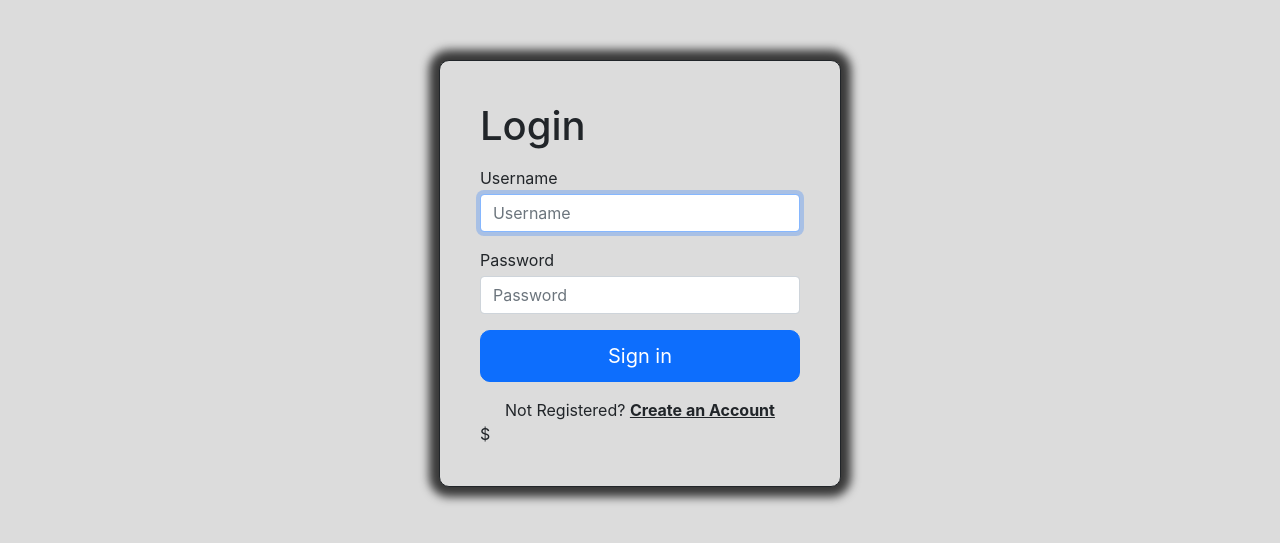
Repository: Rittaki/web-client
Page: /
The author's editor kept a copy of each file at every save. The page is drawn from the files as they stood at one save, then again after the next save.
The browser window is 1280 px wide. The pictures show the whole page.
The project was rebuilt for these pictures with package versions that can differ from the ones it lists, and the page was loaded fresh each time. Also part of the build but not shown: src/App.css, src/components/Signup.js.

Above is the page before, as saved 2022-04-05 00:15:21.

### public/index.html
<!DOCTYPE html>
<html>
    <head>
        <!-- Required meta tags -->
        <meta charset="utf-8">
        <meta name="viewport" content="width=device-width, initial-scale=1">

        <!-- Bootstrap CSS -->
        <link href="https://cdn.jsdelivr.net/npm/bootstrap@5.1.3/dist/css/bootstrap.min.css"
        rel="stylesheet" integrity="sha384-1BmE4kWBq78iYhFldvKuhfTAU6auU8tT94WrHftjDbrCEXSU1oBoqyl2QvZ6jIW3"
        crossorigin="anonymous">

        <title>Login page</title>
    </head>
    <body>
        <div id="root"></div>
        <script src="https://cdn.jsdelivr.net/npm/bootstrap@5.1.3/dist/js/bootstrap.bundle.min.js"
            integrity="sha384-ka7Sk0Gln4gmtz2MlQnikT1wXgYsOg+OMhuP+IlRH9sENBO0LRn5q+8nbTov4+1p"
            crossorigin="anonymous"></script>
    </body>
</html>

### src/index.js
import React from 'react';
import ReactDOM from 'react-dom';
import './index.css';
import App from './App';

ReactDOM.render(
    <React.StrictMode>
        <App />
    </React.StrictMode>,
  document.getElementById('root')
);

### src/App.js
import './App.css';
import Login from './components/Login';
import Signup from './components/Signup';
import { BrowserRouter, Routes, Route } from 'react-router-dom';


function App() {
    return (
        <div>
            <BrowserRouter>
                <Routes>
                    <Route path='/Signup' element={<Signup/>}></Route>
                    <Route path='/' element={<Login/>}></Route>
                </Routes>
            </BrowserRouter>
        </div>
    );
}

export default App;

### src/components/Login.js
import './Login.css';
import { useState, useEffect } from 'react';
import Users from './Users';

function Login() {
const [userName , setUserName] =useState("")
const [password , setPassword] =useState("")
const[isSubmit, setIsSubmit] = useState(false);


    const sunbmitFun = (e) => {
        e.preventDefault();
        setIsSubmit(true);
    }

    return (
        <div className="container-fluid">
            <div className="row">
                <div className="col-md-4 col-sm-4 col-xs-12"></div>
                <div className="col-md-4 col-sm-4 col-xs-12">
                    <div className="mt-20">
                        <form className="form-container" onSubmit={sunbmitFun}>
                            <h1>Login</h1>
                            <div className="form-group mt-3">
                                <label htmlFor="user" className="sr-only">Username</label>
                                <input type="text" id="user" className="form-control mt-1 mb-3" placeholder="Username" required autoFocus onChange={(e)=>setUserName(e.target.value)}/>
                            </div>
                            <label htmlFor="password" className="sr-only">Password</label>
                            <input type="password" id="password" className="form-control mt-1" placeholder="Password" required onChange={(e)=>setPassword(e.target.value)} />
                            <div className="mt-3">
                                <button className="btn btn-lg btn-primary btn-block"  >Sign in</button>
                            </div>
                            <div className="mt-3 text-center">
                                Not Registered? <a href="/Signup" className="text-dark fw-bold" > Create an Account</a>
                            </div>
                            <Users checkName={userName} checkPassword={password} submit={isSubmit}/>
                        </form>
                    </div>
                </div>
            </div>
        </div>
    );
}

export default Login

### src/components/Login.css
* { background-color: gainsboro; }
.btn-lg {
    padding: 10px 20px;
    font-size: 20px;
    border-radius: 10px;
    width: 100%;
}
.mt-20 {
    margin-top: 20% !important;
}
.form-container {
    border: 1px solid;
    padding: 10%;
    border-radius: 10px;
    -webkit-box-shadow: 0px 0px 10px 10px rgba(0,0,0,0.75);
    -moz-box-shadow: 0px 0px 10px 10px rgba(0,0,0,0.75);
    box-shadow: 0px 0px 10px 10px rgba(0,0,0,0.75);
}

### src/components/Users.jsx
import React from 'react'
import { useState } from 'react';
export default function Users(props) {
    const[isFound, setIsFound] = useState(false);
    const userList = [
        {userName : "daniel" , nickName: "Daniel" , picture : " " , password: "123"},
        {userName : "eden" , nickName: "eden" , picture : " " , password: "456"},
        {userName : "rita" , nickName: "rita" , picture : " " , password: "789"},
    ]

    function compare(item){
        if(item.userName==props.checkName){
            if(item.password==props.checkPassword){
                setIsFound(true);
            }
        }
    }

    function checkDatabase(){
        if(props.submit){
            userList.map((item)=>compare(item));
            return isFound
        }
    }
  return (
    <div>
        {checkDatabase()}
        ${isFound}
    </div>
  )
}

### src/components/Signup.css
* { background-color: gainsboro; }
.btn-lg {
    padding: 10px 20px;
    font-size: 20px;
    border-radius: 10px;
    width: 100%;
}
.mt-20 {
    margin-top: 15% !important;
}
.form-container {
    border: 1px solid;
    padding: 10%;
    border-radius: 10px;
    -webkit-box-shadow: 0px 0px 10px 10px rgba(0,0,0,0.75);
    -moz-box-shadow: 0px 0px 10px 10px rgba(0,0,0,0.75);
    box-shadow: 0px 0px 10px 10px rgba(0,0,0,0.75);
}

Loaded but not shown: src/index.css (common file)

After the next save:
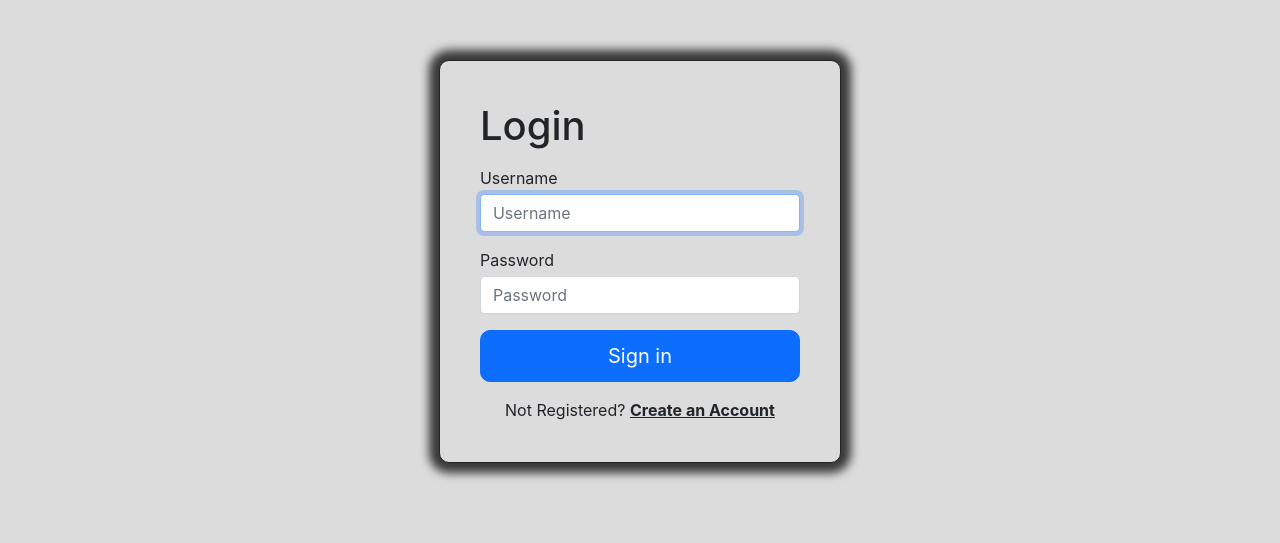
Saved 9 s later.
--- a/src/components/Users.jsx
+++ b/src/components/Users.jsx
@@ -25,7 +25,7 @@
   return (
     <div>
         {checkDatabase()}
-        ${isFound}
+        {isFound}
     </div>
   )
 }

After the save that followed:
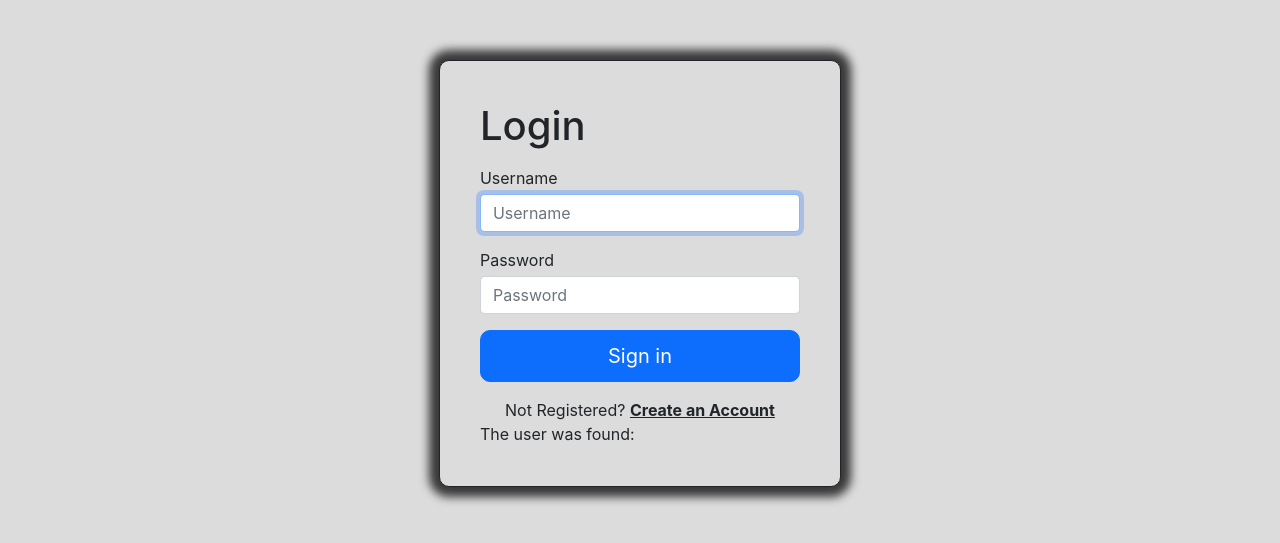
Saved 12 s later.
--- a/src/components/Users.jsx
+++ b/src/components/Users.jsx
@@ -25,7 +25,7 @@
   return (
     <div>
         {checkDatabase()}
-        {isFound}
+        The user was found:
     </div>
   )
 }
